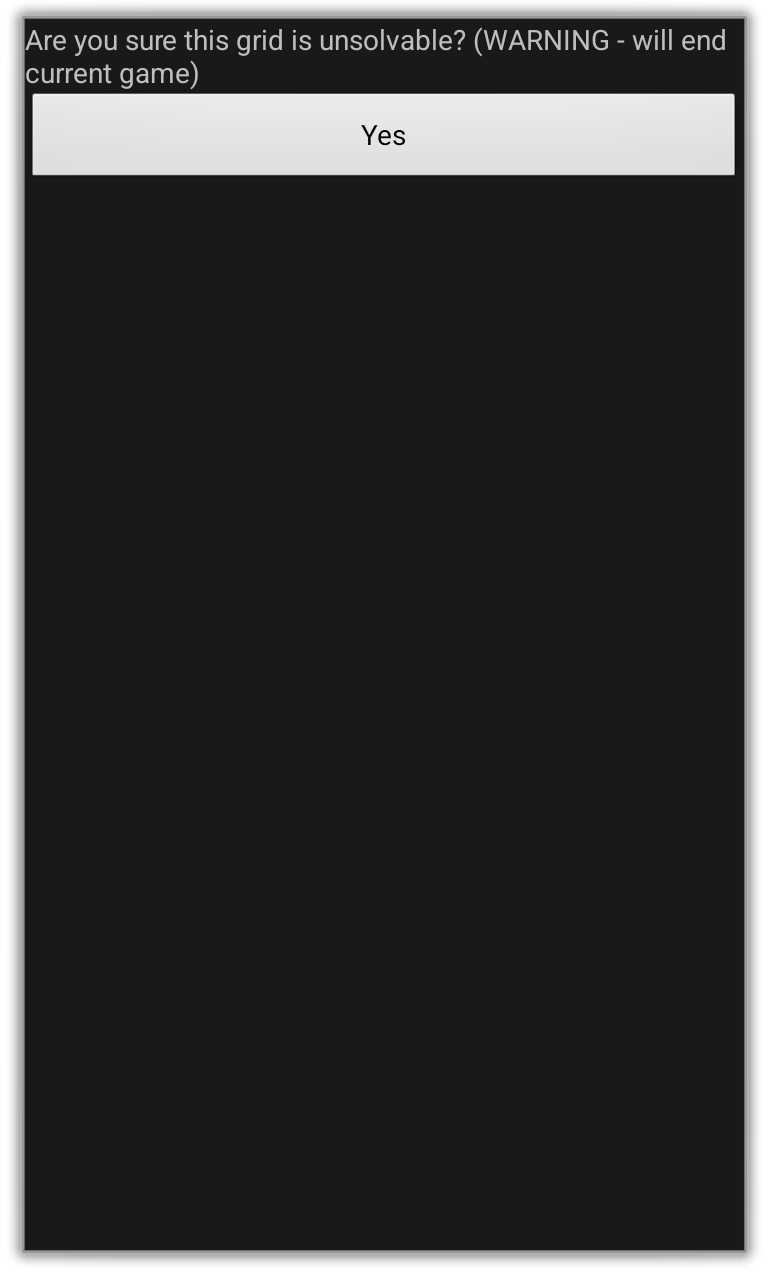
Repository: rickydalziel/project
Layout: Numbersorter/res/layout/activity_unsolve_dialog.xml
The author's editor kept a copy of each file at every save. The layout is drawn from the files as they stood at one save, then again after a run of saves.
It is drawn on a 768 x 1280 px phone screen (xhdpi) without system bars, with theme android:Theme.Dialog; the app's code is not run.

Above is the layout before, as saved 2013-03-07 13:49:53.

### Numbersorter/res/layout/activity_unsolve_dialog.xml
<?xml version="1.0" encoding="utf-8"?>
<RelativeLayout xmlns:android="http://schemas.android.com/apk/res/android"
    android:layout_width="match_parent"
    android:layout_height="match_parent" >

    <TextView
        	android:id="@+id/unsolveabletext"
	        android:layout_width="fill_parent"
	        android:layout_height="wrap_content"
	        android:layout_gravity="center"
	        android:text="@string/unsolveable" />

    <Button
	           android:id="@+id/unsolve_yes_button"
	           android:layout_below="@id/unsolveabletext"
	           android:layout_width="fill_parent"
	           android:layout_height="wrap_content"
	           android:text="@string/yes"
	           android:onClick="yesPressed"/>

   <Button
	           android:id="@+id/unsolve_cancel_button"
	           android:layout_below="@id/unsolveabletext"
	           android:layout_toRightOf="@id/unsolve_yes_button"
	           android:layout_width="fill_parent"
	           android:layout_height="wrap_content"
	           android:text="@string/cancel"
	           android:onClick="cancelPressed"  />

</RelativeLayout>

### Numbersorter/res/values/strings.xml
<?xml version="1.0" encoding="utf-8"?>
<resources>

    <!-- Main menu strings -->

    <string name="app_name">Numbersorter</string>
    <string name="main_menu">Main Menu</string>
    <string name="menu_settings">Settings</string>
    <string name="title_activity_main">Number Sorter</string>
    <string name="new_game">New Game</string>
    <string name="continue_game">Continue</string>
    <string name="about">About</string>
    <string name="exit_game">Exit</string>

    <!-- About scree strings -->

    <string name="about_app">About Numbersorter</string>
    <string name="about_text">	    Numbersorter is a program written and desgned by Ricky Dalziel, for his 4th year honours project.
	    The aim of the game is to swipe a mxn grid of numbers into position so that they read from 1 - (m*n).
	</string>
    <string name="hello_world">Hello world!</string>
    <string name="title_activity_about">AboutActivity</string>

    <!-- New game dialog strings -->

    <string name="newgametext">Please select a board width and height</string>
    <string name="height">Height</string>
    <string name="width">Width</string>
    <string name="cancel">Cancel</string>

    <!-- Array options for the dialog box -->

    <string-array name="size_array">
        <item>3</item>
        <item>4</item>
        <item>5</item>
        <item>6</item>
    </string-array>

    <string name="title_activity_game">Game</string>
    <string name="title_activity_unsolve_dialog">Unsolveable?</string>
    <string name="unsolveable">Are you sure this grid is unsolvable? (WARNING -  will end current game)</string>
    <string name="yes">Yes</string>
    <string name="no">No</string>

</resources>

After the next 2 saves:
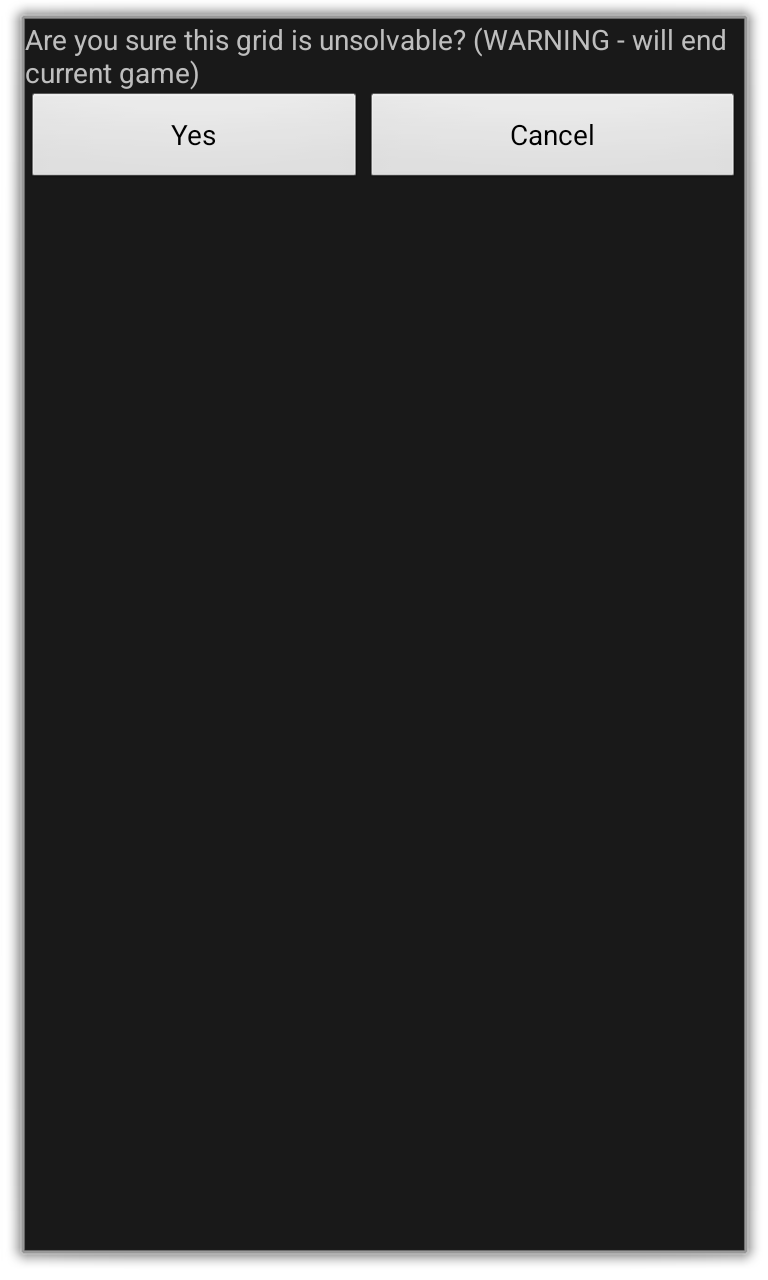
The 2 saves are shown as one change because 1 did not build or start.
The last was saved 2 min 45 s later.
--- a/Numbersorter/res/layout/activity_unsolve_dialog.xml
+++ b/Numbersorter/res/layout/activity_unsolve_dialog.xml
@@ -1,7 +1,11 @@
 <?xml version="1.0" encoding="utf-8"?>
-<RelativeLayout xmlns:android="http://schemas.android.com/apk/res/android"
-    android:layout_width="match_parent"
-    android:layout_height="match_parent" >
+
+<LinearLayout
+     xmlns:android="http://schemas.android.com/apk/res/android"
+	 android:orientation="vertical"
+	 android:layout_width="fill_parent"
+	 android:layout_height="fill_parent">
+
 
     <TextView
         	android:id="@+id/unsolveabletext"
@@ -10,21 +14,33 @@
 	        android:layout_gravity="center"
 	        android:text="@string/unsolveable" />
 
-    <Button
+
+	  <TableLayout
+	        android:layout_height="wrap_content"
+	        android:layout_width="wrap_content"
+	        android:layout_gravity="center"
+	        android:stretchColumns="*">
+
+	      <TableRow>
+
+	          <Button
 	           android:id="@+id/unsolve_yes_button"
-	           android:layout_below="@id/unsolveabletext"
-	           android:layout_width="fill_parent"
+	           android:layout_width="wrap_content"
 	           android:layout_height="wrap_content"
 	           android:text="@string/yes"
 	           android:onClick="yesPressed"/>
 
-   <Button
+  			 <Button
 	           android:id="@+id/unsolve_cancel_button"
-	           android:layout_below="@id/unsolveabletext"
-	           android:layout_toRightOf="@id/unsolve_yes_button"
-	           android:layout_width="fill_parent"
+	           android:layout_width="wrap_content"
 	           android:layout_height="wrap_content"
 	           android:text="@string/cancel"
 	           android:onClick="cancelPressed"  />
 
-</RelativeLayout>
+
+		    </TableRow>
+
+
+		</TableLayout>
+
+</LinearLayout>
